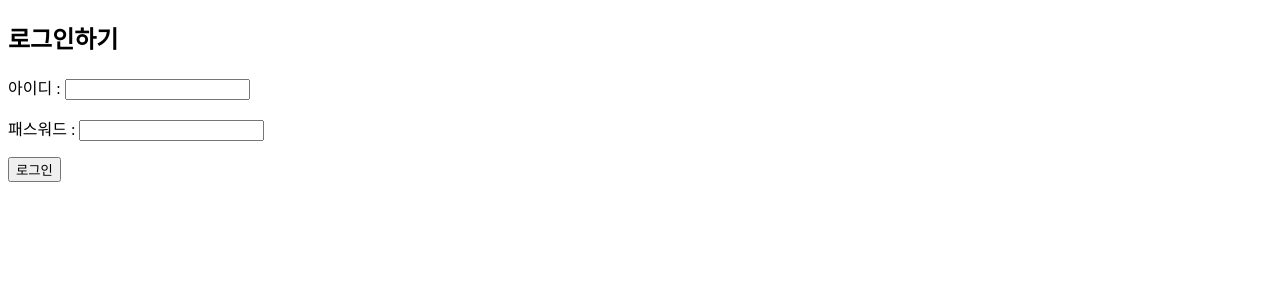
Repository: design-view/jspstudy
Page: http://localhost/GreenJsp/02implicitObject/login.jsp
These files come from the project's save history. The page is drawn as it stood at one moment and after the next save; the edit follows.
The browser window is 1280 px wide. The pictures show the whole page.
The page is served by Tomcat 9.

Above is the page before, as saved 2024-01-10 03:37:12.

After the next save:
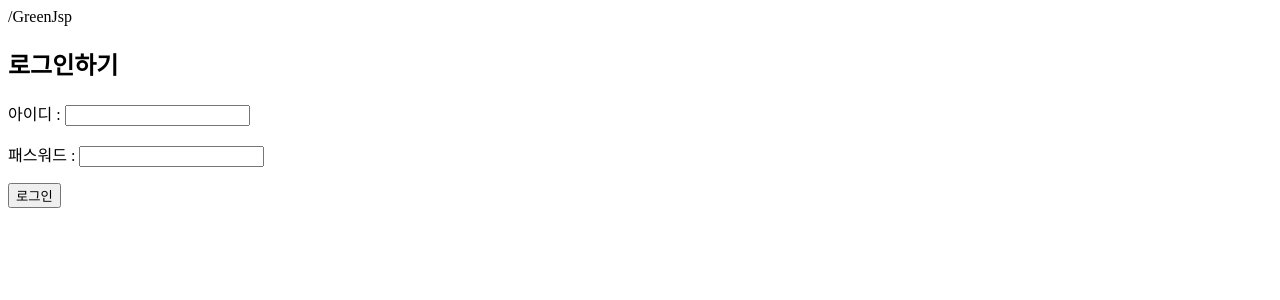
Saved 69 min 16 s later.
--- a/GreenJsp/src/main/webapp/02implicitObject/login.jsp
+++ b/GreenJsp/src/main/webapp/02implicitObject/login.jsp
@@ -12,6 +12,8 @@
 		if(loginerr!=null) {
 			out.println("로그인실패");
 		}
+		String contextPath = request.getContextPath();
+		out.println(contextPath);
 	%>
 	<h2>로그인하기</h2>
 	<form method="post" action="login_process.jsp">
